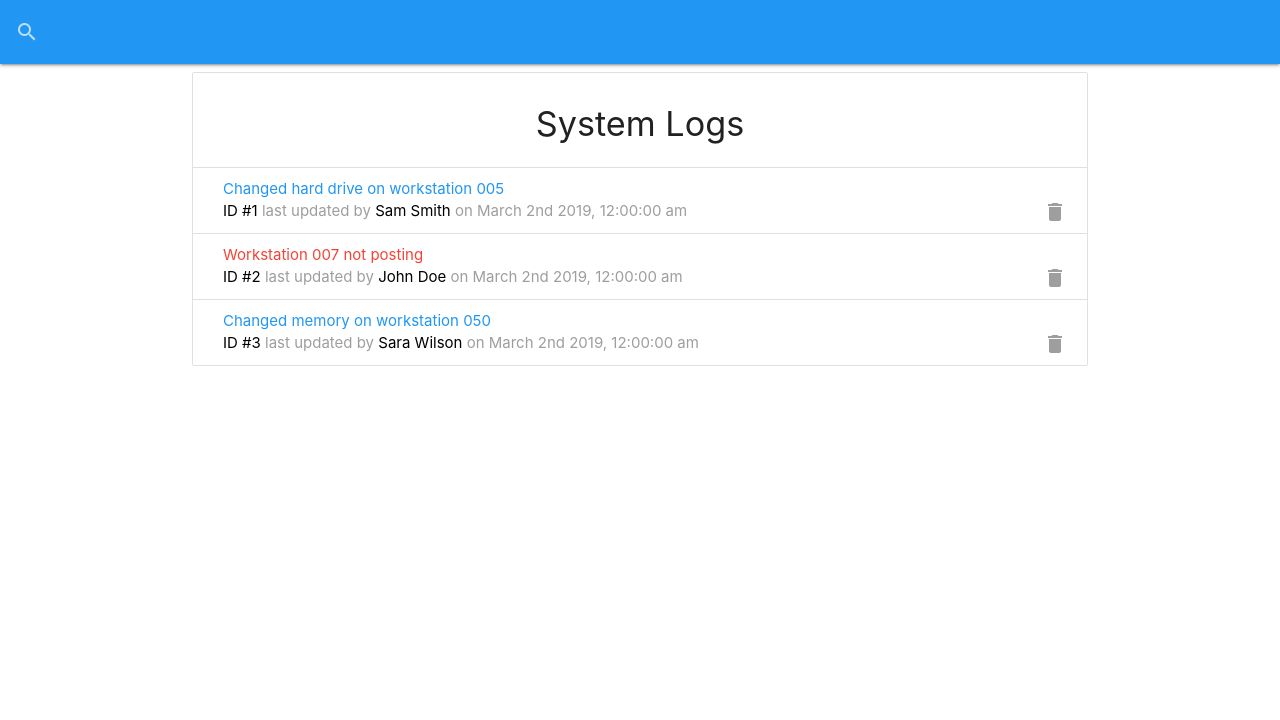
Repository: Ajtheult/IT-Logger
Page: /
These files come from the project's save history. The page is drawn as it stood at one moment and after the next save; the edit follows.
The browser window is 1280 px wide. The pictures show the whole page.
The project was rebuilt for these pictures with package versions that can differ from the ones it lists, and the page was loaded fresh each time. Requests to the local data server were answered from the project's data file. Also part of the build but not shown: src/App.css.

Above is the page before, as saved 2020-06-23 17:44:26.

### public/index.html
<!DOCTYPE html>
<html lang="en">
  <head>
    <meta charset="utf-8" />
    <link rel="icon" href="%PUBLIC_URL%/favicon.ico" />
    <meta name="viewport" content="width=device-width, initial-scale=1" />
    <meta name="theme-color" content="#000000" />
    <meta
      name="description"
      content="Web site created using create-react-app"
    />

    <link
      href="https://fonts.googleapis.com/icon?family=Material+Icons"
      rel="stylesheet"
    />
    <link rel="manifest" href="%PUBLIC_URL%/manifest.json" />

    <title>IT Logger</title>
  </head>
  <body>
    <noscript>You need to enable JavaScript to run this app.</noscript>
    <div id="root"></div>
  </body>
</html>

### src/App.js
import React, { Fragment, useEffect } from "react";
import SearchBar from "./components/layout/SearchBar";
import Logs from "./components/logs/Logs";

import "materialize-css/dist/css/materialize.min.css";
import M from "materialize-css/dist/js/materialize.min.js";
import "./App.css";

const App = () => {
  useEffect(() => {
    // Init Materialize JS
    M.AutoInit();
  });
  return (
    <Fragment>
      <SearchBar />

      <div className="container">
        <Logs />
      </div>
    </Fragment>
  );
};

export default App;

### src/components/layout/SearchBar.js
import React from "react";

const SearchBar = () => {
  return (
    <nav style={{ marginBotton: "30px" }} className="blue">
      <div className="nav-wrapper">
        <form>
          <div className="input-field">
            <input id="search" type="search" required />
            <label className="label-icon" htmlFor="search">
              <i className="material-icons">search</i>
            </label>
            <i className="material-icons">close</i>
          </div>
        </form>
      </div>
    </nav>
  );
};

export default SearchBar;

### src/components/logs/Logs.js
import React, { useState, useEffect } from "react";
import LogItem from "./LogItem";
import Preloader from "../layout/Preloader";

const Logs = () => {
  const [logs, setLogs] = useState([]);
  const [loading, setLoading] = useState(false);

  useEffect(() => {
    getLogs();
    //eslint-disable-next-line
  }, []);
  const getLogs = async () => {
    setLoading(true);
    const res = await fetch("/logs");
    const data = await res.json();

    setLogs(data);
    setLoading(false);
  };
  if (loading) {
    return <Preloader />;
  }
  return (
    <ul className="collection with-header">
      <li className="collection-header">
        <h4 className="center">System Logs</h4>
      </li>
      {!loading && logs.length === 0 ? (
        <p className="center">No logs to show...</p>
      ) : (
        logs.map((log) => <LogItem log={log} key={log.id} />)
      )}
    </ul>
  );
};

export default Logs;

### src/components/logs/LogItem.js
/* eslint-disable jsx-a11y/anchor-is-valid */
import React from "react";
import Moment from "react-moment";
import PropTypes from "prop-types";

const LogItem = ({ log }) => {
  return (
    <li className="collection-item">
      <div>
        <a
          href="#edit-log-modal"
          className={`modal-trigger ${
            log.attention ? "red-text" : "blue-text"
          }`}
        >
          {log.message}
        </a>
        <br />
        <span className="grey-text">
          <span className="black-text">ID #{log.id}</span> last updated by{" "}
          <span className="black-text">{log.tech}</span> on{" "}
          <Moment format="MMMM Do YYYY, h:mm:ss a">{log.date}</Moment>
        </span>{" "}
        <a href="#" className="secondary-content">
          <i className="material-icons grey-text">delete</i>
        </a>
      </div>
    </li>
  );
};

LogItem.propTypes = {
  log: PropTypes.object.isRequired,
};

export default LogItem;

### src/components/layout/Preloader.js
import React from "react";

const Preloader = () => {
  return (
    <div className="progress blue lighten-4">
      <div className="indeterminant blue"></div>
    </div>
  );
};

export default Preloader;

### db.json
{
  "logs": [
    {
      "id": 1,
      "message": "Changed hard drive on workstation 005",
      "attention": false,
      "date": "03-02-2019",
      "tech": "Sam Smith"
    },
    {
      "id": 2,
      "message": "Workstation 007 not posting",
      "attention": true,
      "date": "03-02-2019",
      "tech": "John Doe"
    },
    {
      "id": 3,
      "message": "Changed memory on workstation 050",
      "attention": false,
      "date": "03-02-2019",
      "tech": "Sara Wilson"
    }
  ],
  "techs": [
    {
      "id": 1,
      "firstname": "John",
      "lastname": "Doe"
    },
    {
      "id": 2,
      "firstname": "Sam",
      "lastname": "Smith"
    },
    {
      "id": 3,
      "firstname": "Sara",
      "lastname": "Wilson"
    }
  ]
}

### src/components/layout/AddBtn.js
import React from "react";

const AddBtn = () => {
  return (
    <div className="fixed-action-btn">
      <a
        href="#add-log-modal"
        className="btn-floating btn-large blue darken-2
         modal-trigger"
      >
        <i className="large material-icons">add</i>
      </a>
      <ul>
        <li>
          <a
            href="#tech-list-modal"
            className="btn-floating green modal-trigger"
          >
            <i className="material-icon">person</i>
          </a>
        </li>
        <li>
          <a href="#tech-modal" className="btn-floating red modal-trigger">
            <i className="material-icon">person_add</i>
          </a>
        </li>
      </ul>
    </div>
  );
};

export default AddBtn;

Loaded but not shown: src/index.js (common file)

After the next save:
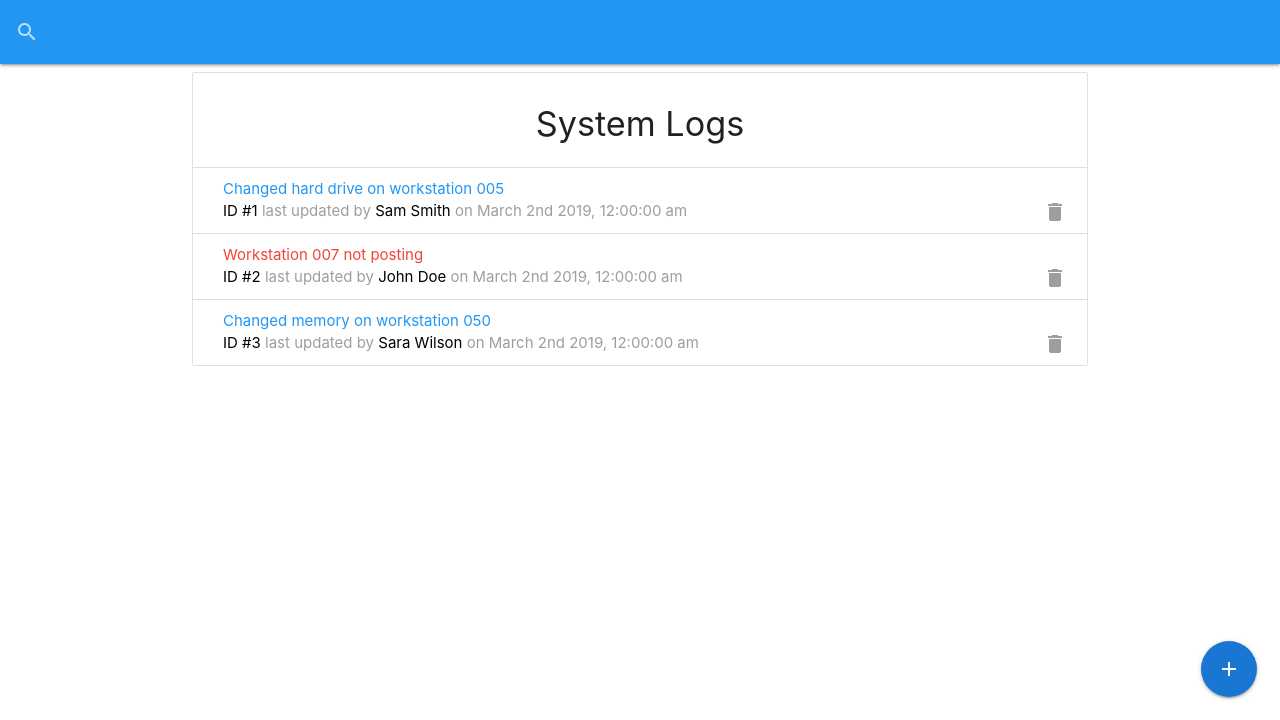
Saved 67 s later.
--- a/src/App.js
+++ b/src/App.js
@@ -1,6 +1,7 @@
 import React, { Fragment, useEffect } from "react";
 import SearchBar from "./components/layout/SearchBar";
 import Logs from "./components/logs/Logs";
+import AddBtn from "./components/layout/AddBtn";
 
 import "materialize-css/dist/css/materialize.min.css";
 import M from "materialize-css/dist/js/materialize.min.js";
@@ -16,6 +17,7 @@ const App = () => {
       <SearchBar />
 
       <div className="container">
+        <AddBtn />
         <Logs />
       </div>
     </Fragment>
